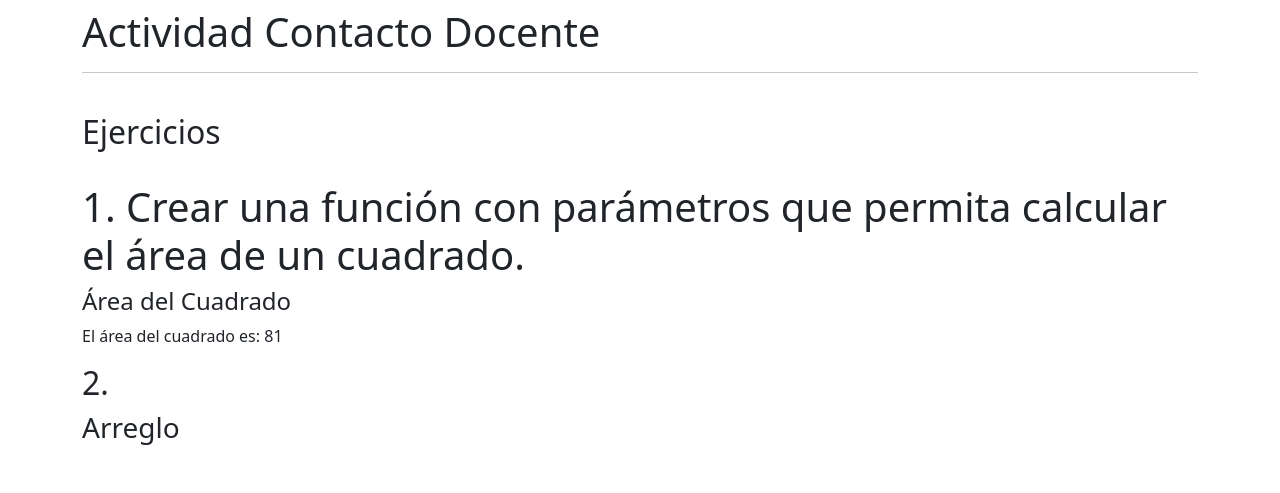
Repository: Jchimbo99/Actvidad1
Page: / (app in typescript-actividad/)
An editor plug-in stored every save of this project. The page is shown before and after a run of saves, followed by the edit.
The browser window is 1280 px wide. The pictures show the whole page.
The project was rebuilt for these pictures with package versions that can differ from the ones it lists, and the page was loaded fresh each time. Also part of the build but not shown: typescript-actividad/vite.config.ts.

Above is the page before, as saved 2025-01-22 20:37:57.

After the next 2 saves:
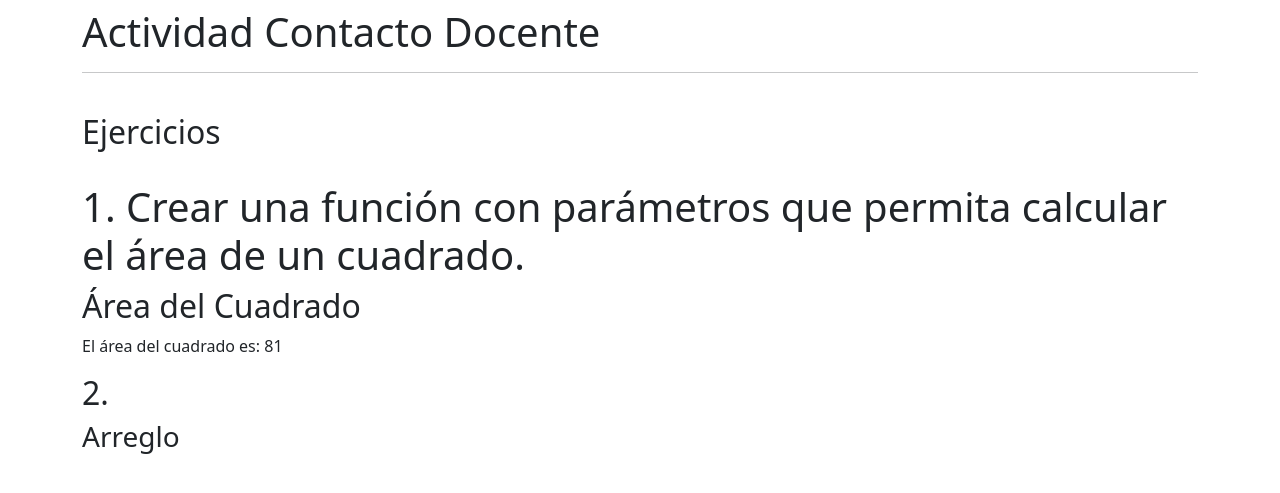
The 2 saves are shown as one change because they came seconds apart.
The last was saved 6 s later.
--- a/typescript-actividad/src/typescript/AreaCuadrado.tsx
+++ b/typescript-actividad/src/typescript/AreaCuadrado.tsx
@@ -6,7 +6,7 @@ export const AreaCuadrado = () => {
         <div>
 
             <h1>1.	Crear una función con parámetros que permita calcular el área de un cuadrado.</h1>
-            <h4>Área del Cuadrado</h4>
+            <h2>Área del Cuadrado</h2>
             <p>El área del cuadrado es: {area}</p>
         </div>
     );
